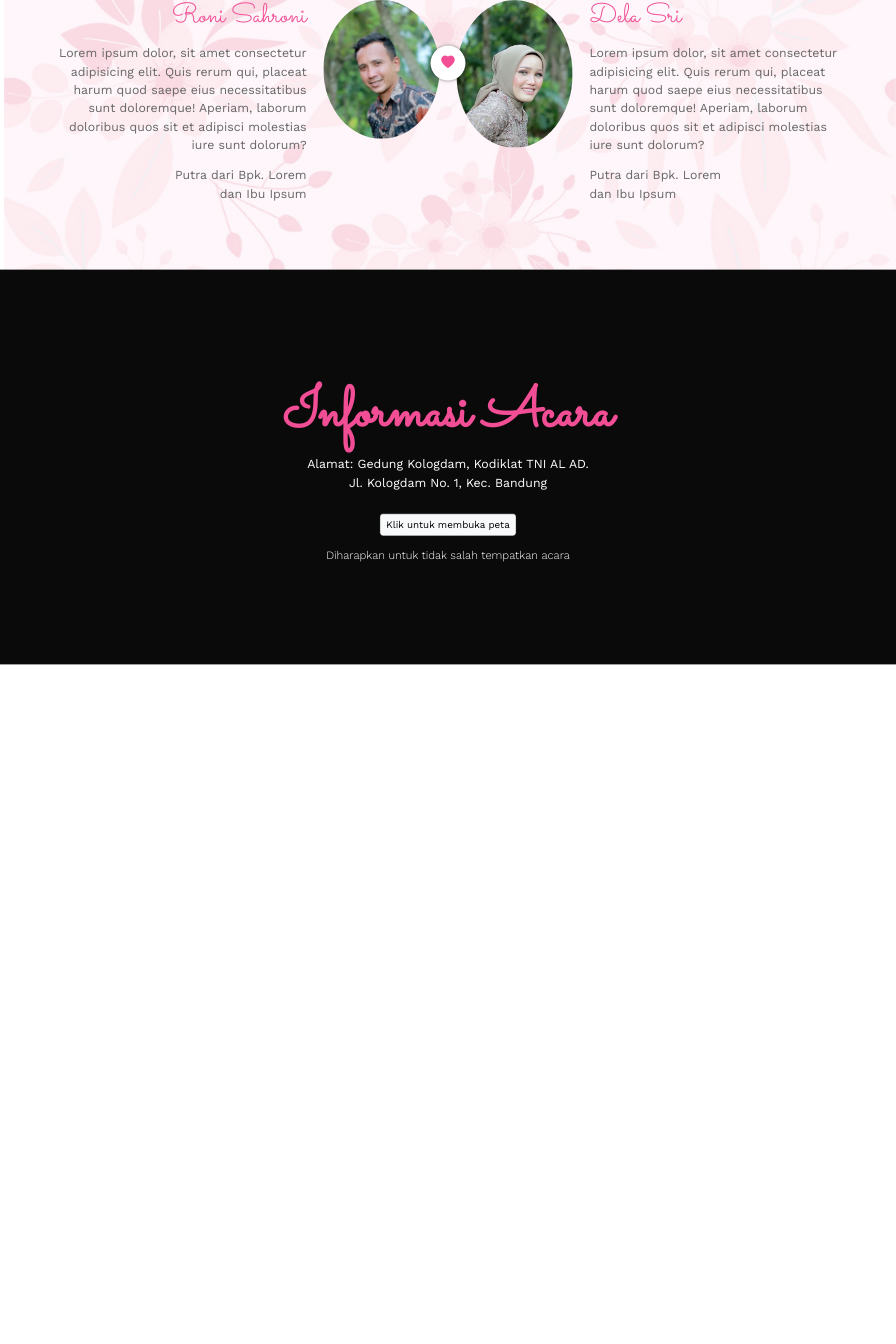
Repository: sellayspy/invitation
Page: index.html
An editor plug-in stored every save of this project. The page is shown before and after the next save, followed by the edit.
The browser window is 1280 px wide. The pictures show the part of the page from y = 1313 to 3233 px (the page is 4000 px tall), at 70% of full size.

Above is the page before, as saved 2024-07-08 16:48:32.

### index.html
<!DOCTYPE html>
<html lang="en">
  <head>
    <meta charset="utf-8" />
    <meta name="viewport" content="width=device-width, initial-scale=1" />
    <title>Dela & Roni</title>
    <link
      href="https://cdn.jsdelivr.net/npm/bootstrap@5.3.3/dist/css/bootstrap.min.css"
      rel="stylesheet"
      integrity="sha384-QWTKZyjpPEjISv5WaRU9OFeRpok6YctnYmDr5pNlyT2bRjXh0JMhjY6hW+ALEwIH"
      crossorigin="anonymous"
    />
    <link rel="preconnect" href="https://fonts.googleapis.com" />
    <link rel="preconnect" href="https://fonts.gstatic.com" crossorigin />
    <link
      href="https://fonts.googleapis.com/css2?family=Sacramento&family=Work+Sans:ital,wght@0,100..900;1,100..900&display=swap"
      rel="stylesheet"
    />

    <!--Simple Coutdown-->
    <link rel="stylesheet" href="coutdown/simplyCountdown.theme.default.css" />
    <script src="coutdown/simplyCountdown.min.js"></script>

    <!--Custom CSS Icon-->
    <link rel="stylesheet" href="https://cdn.jsdelivr.net/npm/bootstrap-icons@1.11.3/font/bootstrap-icons.min.css">

    <link rel="stylesheet" href="style.css" />
  </head>
  <body>
    <section
      id="hero"
      class="hero w-100 h-100 p-3 mx-auto text-center d-flex justify-content-center align-items-center text-white"
    >
      <main>
        <h4>Kepada Bapak/Ibu/Saudara/i,</h4>
        <h1>Dela Sri & Roni</h1>
        <p>Akan melangsungkan resepsi pernikahan dalam:</p>
        <div class="simply-countdown"></div>
        <a href="#undangan" class="btn btn-lg mt-4">Lihat Undangan</a>
      </main>
    </section>

    <nav class="navbar navbar-expand-md bg-transparent sticky-top mynavbar">
      <div class="container">
        <a class="navbar-brand" href="#">Spy</a>
        <button
          class="navbar-toggler border-0"
          type="button"
          data-bs-toggle="offcanvas"
          data-bs-target="#offcanvasNavbar"
          aria-controls="offcanvasNavbar"
          aria-label="Toggle navigation"
        >
          <span class="navbar-toggler-icon"></span>
        </button>
        <div
          class="offcanvas offcanvas-end"
          tabindex="-1"
          id="offcanvasNavbar"
          aria-labelledby="offcanvasNavbarLabel"
        >
          <div class="offcanvas-header">
            <h5 class="offcanvas-title" id="offcanvasNavbarLabel">Spy</h5>
            <button
              type="button"
              class="btn-close"
              data-bs-dismiss="offcanvas"
              aria-label="Close"
            ></button>
          </div>
          <div class="offcanvas-body">
            <div class="navbar-nav ms-auto">
              <a class="nav-link" href="#home">Home</a>
              <a class="nav-link" href="#info">Info</a>
              <a class="nav-link" href="#story">Story</a>
              <a class="nav-link" href="#gallery">Gallery</a>
              <a class="nav-link" href="#rsvp">RSVP</a>
              <a class="nav-link" href="#gift">Gifts</a>
            </div>
          </div>
        </div>
      </div>
    </nav>

    <section id="home" class="home">
      <div class="container">
        <div class="row justify-content-center">
          <div class="col-md-8 text-center">
            <h2>Acara Pernikahan</h2>
            <h3>
              Diselenggarakan pada 04 oktober 2024 di Tasikmalaya, Jawa Barat
            </h3>
            <p>
              Oleh karena itu, dengan segala hormat, kami bermaksud untuk
              mengundang Bapak/Ibu, Saudara/i, untuk hadir pada acara pernikahan
              kami.
            </p>
          </div>
        </div>

        <div class="row couple">
          <div class="col-lg-6">
            <div class="row">
              <div class="col-8 text-end">
                <h3>Roni Sahroni</h3>
                <p>
                  Lorem ipsum dolor, sit amet consectetur adipisicing elit. Quis
                  rerum qui, placeat harum quod saepe eius necessitatibus sunt
                  doloremque! Aperiam, laborum doloribus quos sit et adipisci
                  molestias iure sunt dolorum?
                </p>
                <p>
                  Putra dari Bpk. Lorem <br />
                  dan Ibu Ipsum
                </p>
              </div>
              <div class="col-4">
                <img
                  src="img/Desain tanpa judul (1).jpg"
                  alt="Roni Sahroni"
                  class="img-responsive rounded-circle"
                />
              </div>
            </div>
          </div>

          <span class="heart"><i class="bi bi-heart-fill"></i></span>

          <div class="col-lg-6">
            <div class="row">
              <div class="col-4">
                <img
                  src="img/Desain tanpa judul (2).jpg"
                  alt="Dela Sri"
                  class="img-responsive rounded-circle"
                />
              </div>
              <div class="col-8">
                <h3>Dela Sri</h3>
                </h3>
                <p>
                  Lorem ipsum dolor, sit amet consectetur adipisicing elit. Quis
                  rerum qui, placeat harum quod saepe eius necessitatibus sunt
                  doloremque! Aperiam, laborum doloribus quos sit et adipisci
                  molestias iure sunt dolorum?
                </p>
                <p>
                  Putra dari Bpk. Lorem <br />
                  dan Ibu Ipsum
                </p>
              </div>
            </div>
          </div>
        </div>
      </div>
    </section>

    <section id="info" class="info">
      <div class="container">
        <div class="row justify-content-center">
          <div class="col-md-8 col-10 text-center">
            <h2>Informasi Acara</h2>
            <p class="alamat">Alamat: Gedung Kologdam, Kodiklat TNI AL AD. <br> Jl. Kologdam No. 1, Kec. Bandung</p>
            <a href="https://maps.app.goo.gl/j2RVmCKoAZy6CYFM9" target="_blank" class="btn btn-light btn-sm my-3">Klik untuk membuka peta</a>
            <p class="description">Diharapkan untuk tidak salah tempatkan acara</p>
          </div>
        </div>
      </div>
    </section>

    <script
      src="https://cdn.jsdelivr.net/npm/bootstrap@5.3.3/dist/js/bootstrap.bundle.min.js"
      integrity="sha384-YvpcrYf0tY3lHB60NNkmXc5s9fDVZLESaAA55NDzOxhy9GkcIdslK1eN7N6jIeHz"
      crossorigin="anonymous"
    ></script>

    <script>
      simplyCountdown(".simply-countdown", {
        year: 2024, // required
        month: 10, // required
        day: 4, // required
        hours: 8, // Default is 0 [0-23] integer
        words: {
          //words displayed into the countdown
          days: { singular: "hari", plural: "hari" },
          hours: { singular: "jam", plural: "jam" },
          minutes: { singular: "menit", plural: "menit" },
          seconds: { singular: "detik", plural: "detik" },
        },
      });
    </script>
  </body>
</html>

### coutdown/simplyCountdown.theme.default.css
.simply-countdown {
  overflow: hidden;
  display: table;
  font-family: "Arial", sans-serif;
  margin: auto;
}
.simply-countdown > .simply-section {
  width: 50px;
  height: 50px;
  padding: 80px;
  display: flex;
  align-items: center;
  justify-content: center;
  float: left;
  margin: 10px;
  background: var(--pink);
  box-shadow: 0 1px 3px rgba(0, 0, 0, 0.12), 0 1px 2px rgba(0, 0, 0, 0.24);
  border-radius: 50%;
}
.simply-countdown > .simply-section .simply-amount,
.simply-countdown > .simply-section .simply-word {
  display: block;
  text-align: center;
}
.simply-countdown > .simply-section .simply-amount {
  font-size: 1.6rem;
}

### style.css
:root {
  --pink: #f14e95;

  --bg: #0a0a0a;

  --shadow: 0 2px 2px rgb(0 0 0/ 0.5);
}

body {
  font-size: 1.2rem;
  font-family: "Work Sans", sans-serif;
  min-height: 4000px;
}

.hero::before {
  content: "";
  position: absolute;
  top: 0;
  left: 0;
  height: 100%;
  width: 100%;
  background-image: url(img/gambar-1.jpg);
  background-size: cover;
  background-position: center;
  z-index: -1;
  filter: blur(1px);
}

.hero {
  position: relative;
  min-height: 100vh;
}

.hero h1,
.hero h4,
.hero p {
  text-shadow: var(--shadow);
}

.hero h1 {
  font-family: "Sacramento", cursive;
  font-size: 6rem;
}

.hero h4 {
  font-size: 1.6rem;
}

.hero p {
  font-size: 1.4rem;
}

.hero a {
  color: var(--pink);

  background-color: white;

  box-shadow: var(--shadow);
}

.hero a:hover {
  background-color: var(--pink);
  color: white;
}

.mynavbar {
  background-color: rgba(255, 255, 255, 0.4) !important;
  backdrop-filter: blur(4px);
}

.mynavbar .offcanvas {
  height: 100vh;
}

.mynavbar .navbar-brand,
.mynavbar .offcanvas-title {
  font-family: "Sacramento", cursive;
  font-size: 3.2rem;
  font-weight: bold;
}

.mynavbar .nav-link {
  text-transform: uppercase;
}

.home {
  background-image: url(img/Desain\ tanpa\ judul.png);
  background-size: cover;
  min-height: 100vh;
  margin-top: -6rem;
  padding-top: 15rem;
  padding-bottom: 5rem;
}

.home h2,
.info h2 {
  color: var(--pink);
  font-family: "Sacramento", cursive;
  font-size: 5rem;
  font-weight: bold;
}

.home h3 {
  color: #444;
  font-size: 1.5rem;
  margin-bottom: 1rem;
}

.home p {
  font-size: 1.1rem;
  color: #666;
}

.home .couple {
  margin-top: 100px;
}

.home .couple h3 {
  font-family: "Sacramento";
  font-size: 2.4rem;
  color: var(--pink);
}

.home .couple img {
  width: 100%;
}

.home .heart {
  width: 50px;
  height: 50px;
  background-color: white;
  display: flex;
  border-radius: 50%;
  box-shadow: 0 0 5px rgba(0, 0, 0, 0.5);
  position: absolute;
  left: 50%;
  transform: translateX(-50%) translateY(65px);
}

.home .heart i {
  margin: auto;
  color: var(--pink);
}

.info {
  background-color: var(--bg);
  color: white;
  padding-top: 10rem;
  padding-bottom: 8rem;
}

.info .alamat {
  font-size: 1.1rem;
}

.info .description {
  font-size: 1rem;
  font-weight: 300;
}

/* Media Query */

/* Extra large devices (large laptops and desktops, 1200px and up) */

@media (max-width: 1200px) {
  .home .heart {
    transform: translateX(-50%) translateY(45px);
  }
}

/* Laptop */
@media (max-width: 992px) {
  html {
    font-size: 75%;
  }
  .simply-countdown > .simply-section {
    padding: 70px;
  }

  .home .heart {
    display: none;
  }
}

/* Tablet */
@media (max-width: 768px) {
  html {
    font-size: 65%;
  }
  .simply-countdown > .simply-section {
    padding: 60px;
    margin: 5px;
  }

  .mynavbar .nav-link {
    font-size: 2rem;
    text-align: center;
  }
}

/* mobile phone */
@media (max-width: 576px) {
  html {
    font-size: 55%;
  }
  .simply-countdown > .simply-section {
    padding: 45px;
    margin: 3px;
  }
}

Loaded but not shown: coutdown/simplyCountdown.min.js (library)

After the next save:
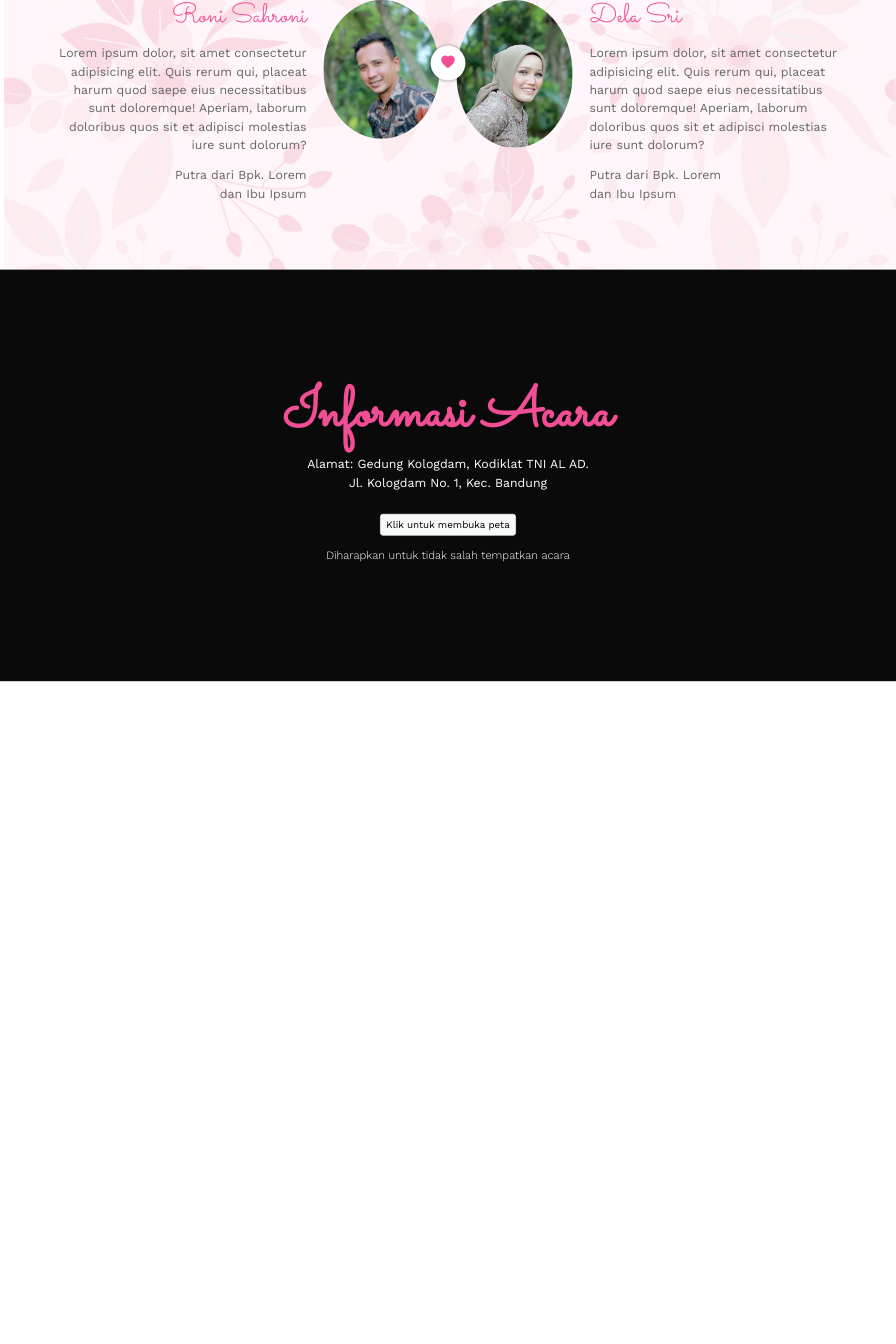
Saved 2 min 22 s later.
--- a/index.html
+++ b/index.html
@@ -165,6 +165,12 @@
             <p class="description">Diharapkan untuk tidak salah tempatkan acara</p>
           </div>
         </div>
+
+        <div class="row justify-content-center mt-4">
+          <div class="col-md-5 col-10">
+
+          </div>
+        </div>
       </div>
     </section>
 
